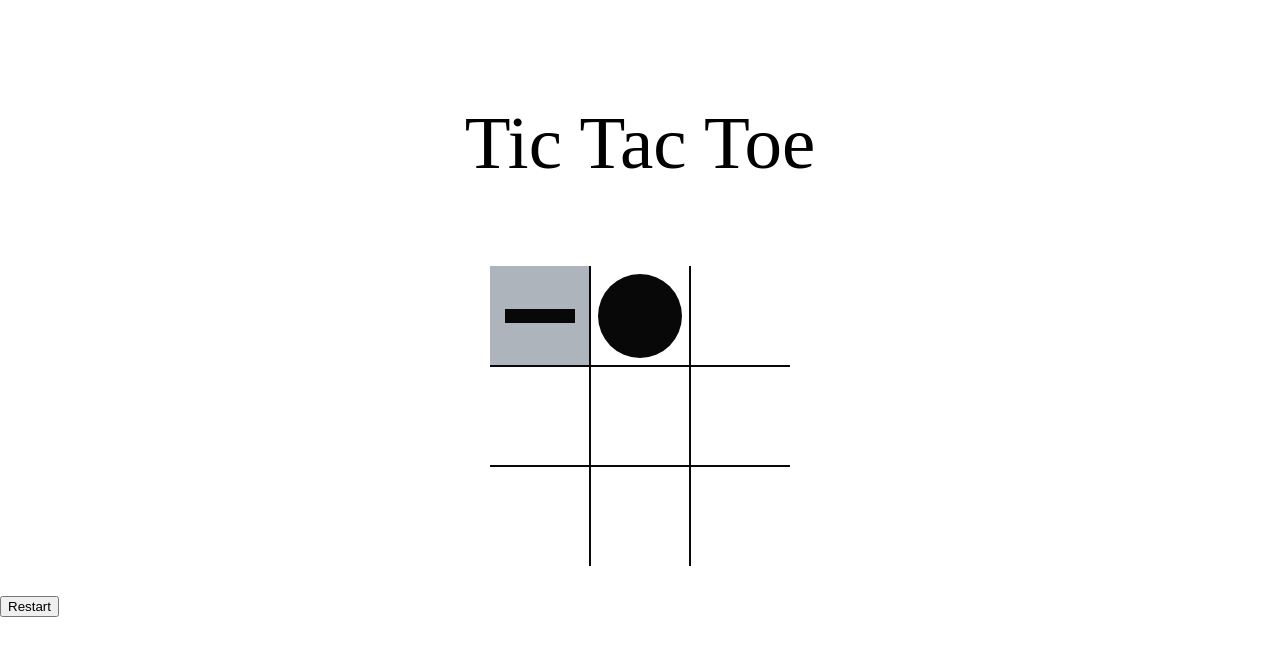
Repository: kkyler24/MCLA
Page: devFiles/TictactoeFiles/ticTacToe.html
These files come from the project's save history. The page is drawn as it stood at one moment and after the next save; the edit follows.
The browser window is 1280 px wide. The pictures show the whole page.
The pointer rests on the first visible `.cellBOne`.

Above is the page before, as saved 2020-04-17 15:37:11.

After the next save:
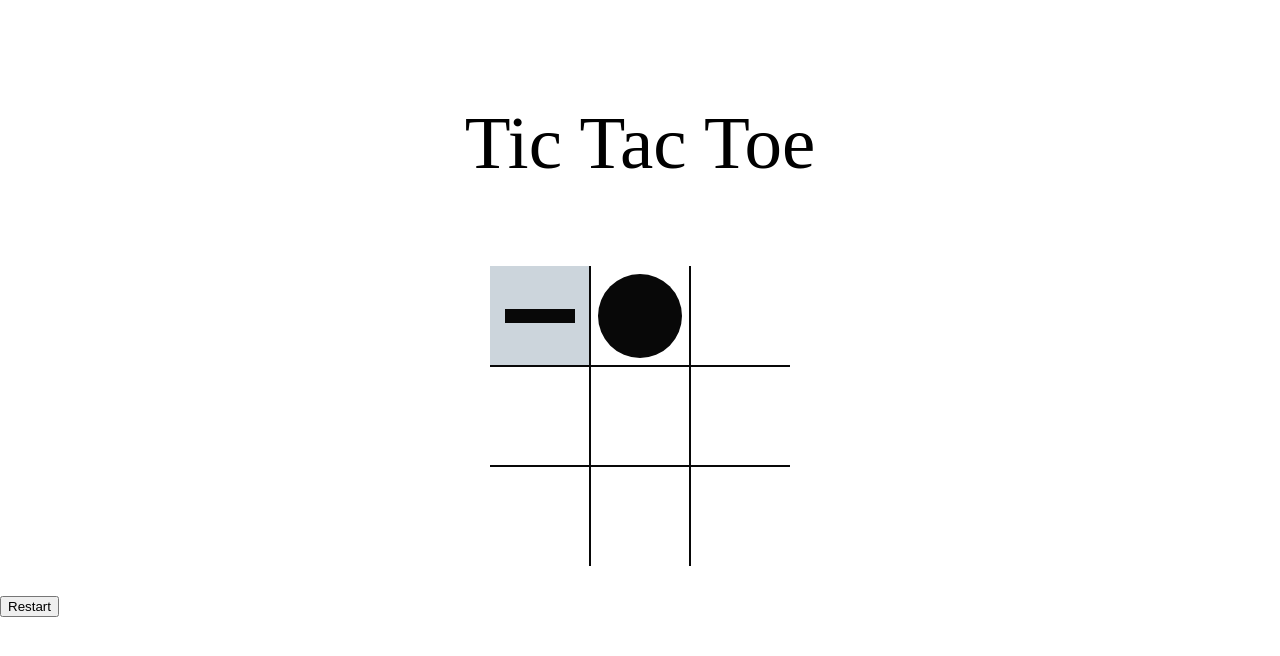
Saved 12 s later.
--- a/devFiles/TictactoeFiles/tictactoe.css
+++ b/devFiles/TictactoeFiles/tictactoe.css
@@ -90,5 +90,5 @@ body{
 }
 
 .cellBOne:hover{
-    background-color: rgb(173, 180, 187);
+    background-color: rgba(188, 199, 209, 0.753);
 }
